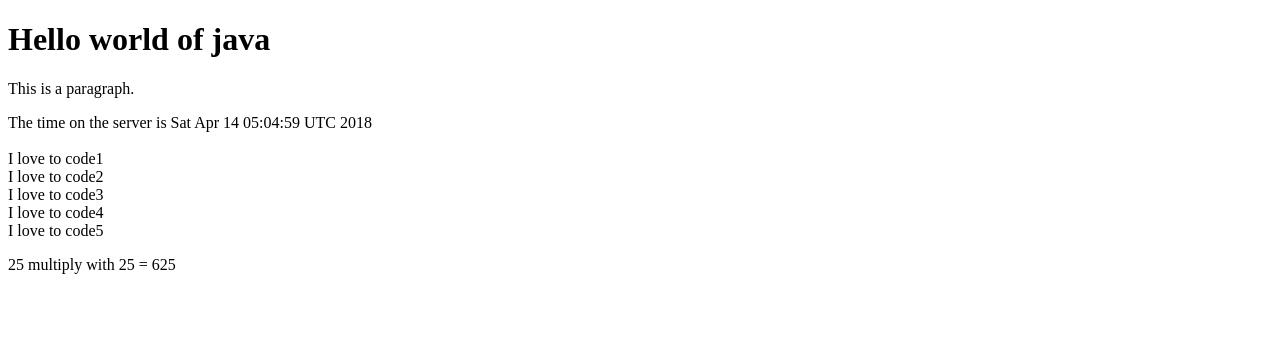
Repository: nishan1281/Java-training
Page: http://localhost/helloworld/helloworld.jsp
An editor plug-in stored every save of this project. The page is shown before and after the next save, followed by the edit.
The browser window is 1280 px wide. The pictures show the whole page.
The page is served by Tomcat 9.

Above is the page before, as saved 2018-04-14 05:22:00.

After the next save:
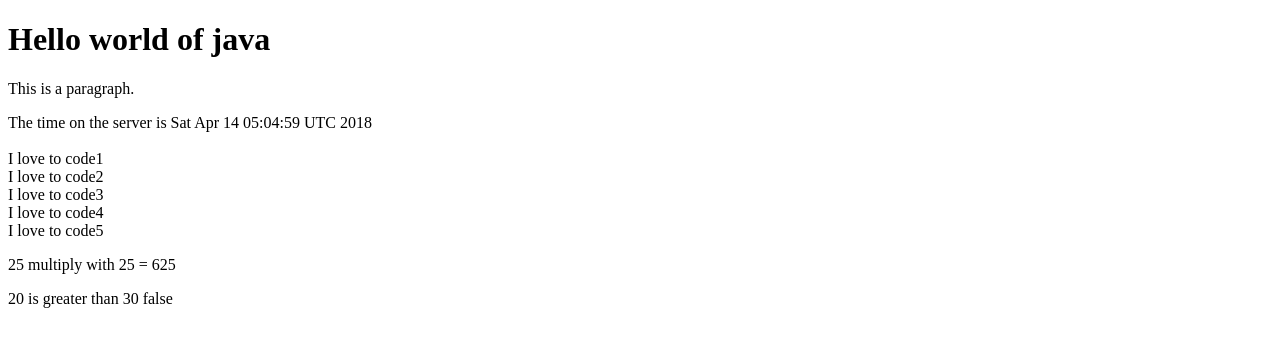
Saved 60 s later.
--- a/springProject/helloworld/WebContent/helloworld.jsp
+++ b/springProject/helloworld/WebContent/helloworld.jsp
@@ -21,6 +21,7 @@ The time on the server is <%= new java.util.Date() %>
 <div>
 
 <p> 25 multiply with 25 = <%= 25*25 %> </p>
+<p> 20 is greater than 30 <%=20>30 %> </p>
 
 </div>
 
